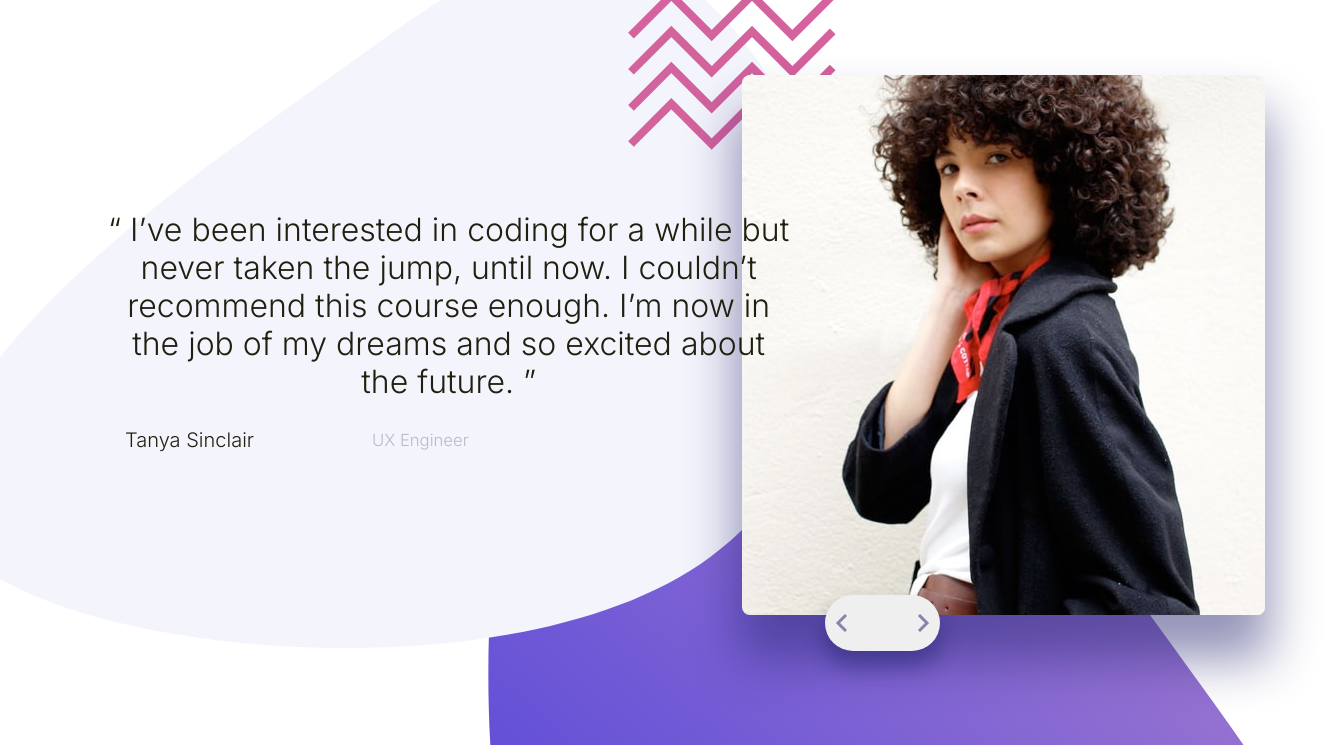
Repository: Hcmwebs/Coding-Bootcamp-Testimonials
Page: index.html
The author's editor kept a copy of each file at every save. The page is drawn from the files as they stood at one save, then again after the next save.
The browser window is 1280 px wide. The page is 1340 px wide, so the pictures cover 1340 px, including what lies to the right of the window. The pictures show the whole page.
The style sheet was rebuilt from its Sass, Less or Tailwind sources for each picture, by a compiler version that may differ from the author's.

Above is the page before, as saved 2020-10-31 10:10:31.

After the next save:
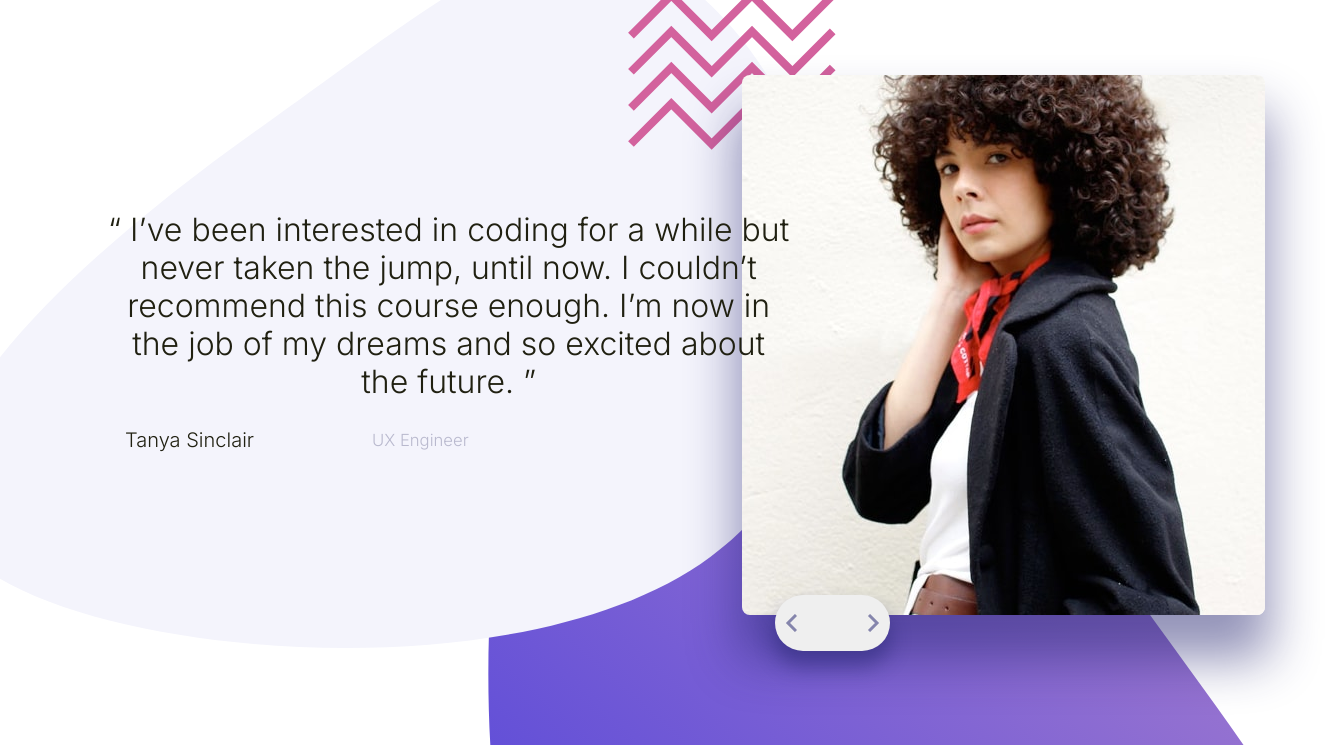
Saved 65 s later.
--- a/scss/main.scss
+++ b/scss/main.scss
@@ -172,7 +172,7 @@ body{
     button {
       width: 115px;
       height: 56px;
-      right: 400px;
+      right: 450px;
       top: 650px;
 
     }
